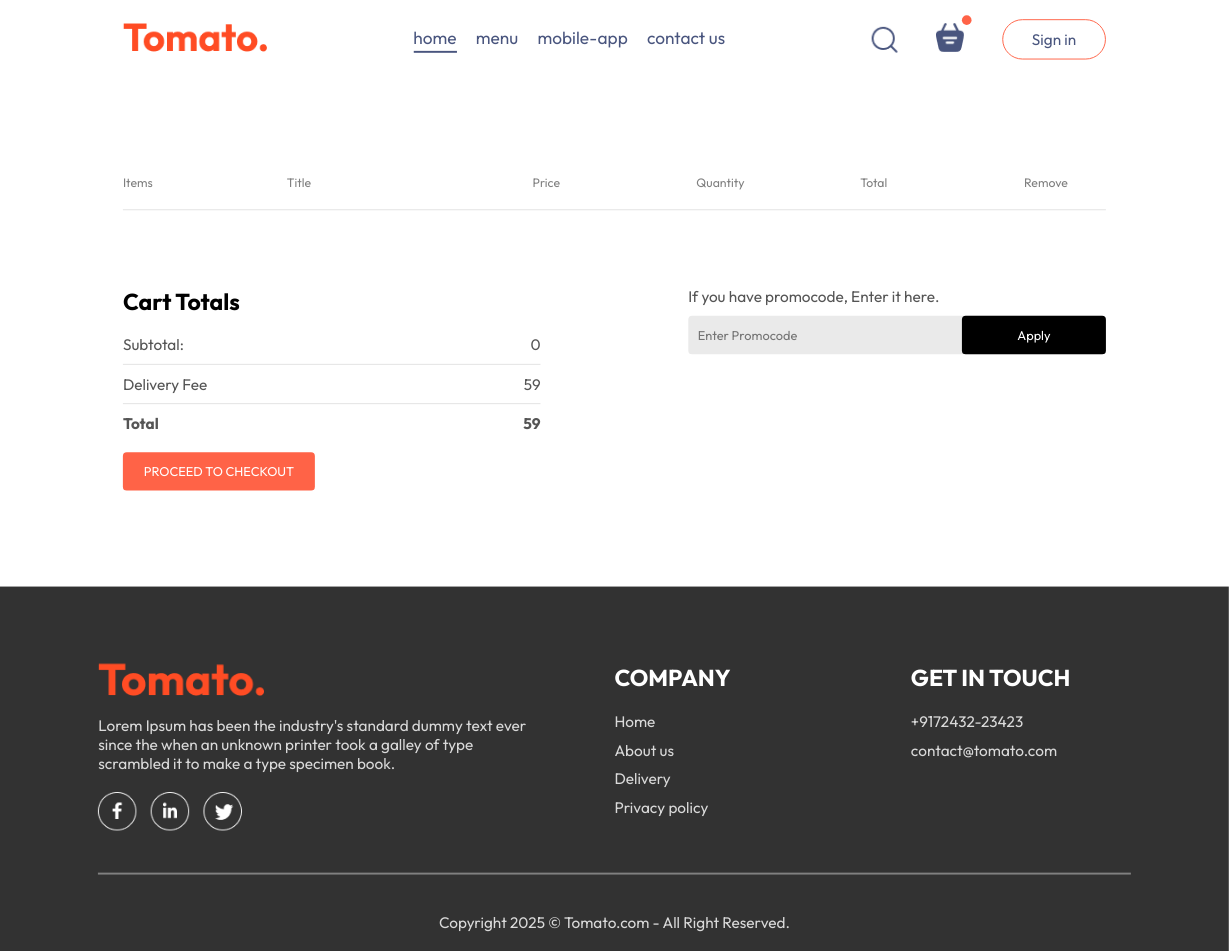
Repository: KartikChouhan03/food-delivery-app
Page: /cart (app in frontend/)
An editor plug-in stored every save of this project. The page is shown before and after the next save, followed by the edit.
The browser window is 1280 px wide. The pictures show the whole page, at 96% of full size.
Some web fonts or font styles are not loaded; a fallback is used. The project was rebuilt for these pictures with package versions that can differ from the ones it lists, and the page was loaded fresh each time. Also part of the build but not shown: frontend/vite.config.js, frontend/src/components/Header/Header.css, frontend/src/components/Header/Header.jsx, frontend/src/components/ExploreMenu/ExploreMenu.css, frontend/src/components/ExploreMenu/ExploreMenu.jsx, frontend/src/components/FoodDisplay/FoodDisplay.css, frontend/src/components/FoodItem/FoodItem.css, frontend/src/components/FoodItem/FoodItem.jsx and 8 more.

Above is the page before, as saved 2025-08-16 12:57:32.

After the next save:
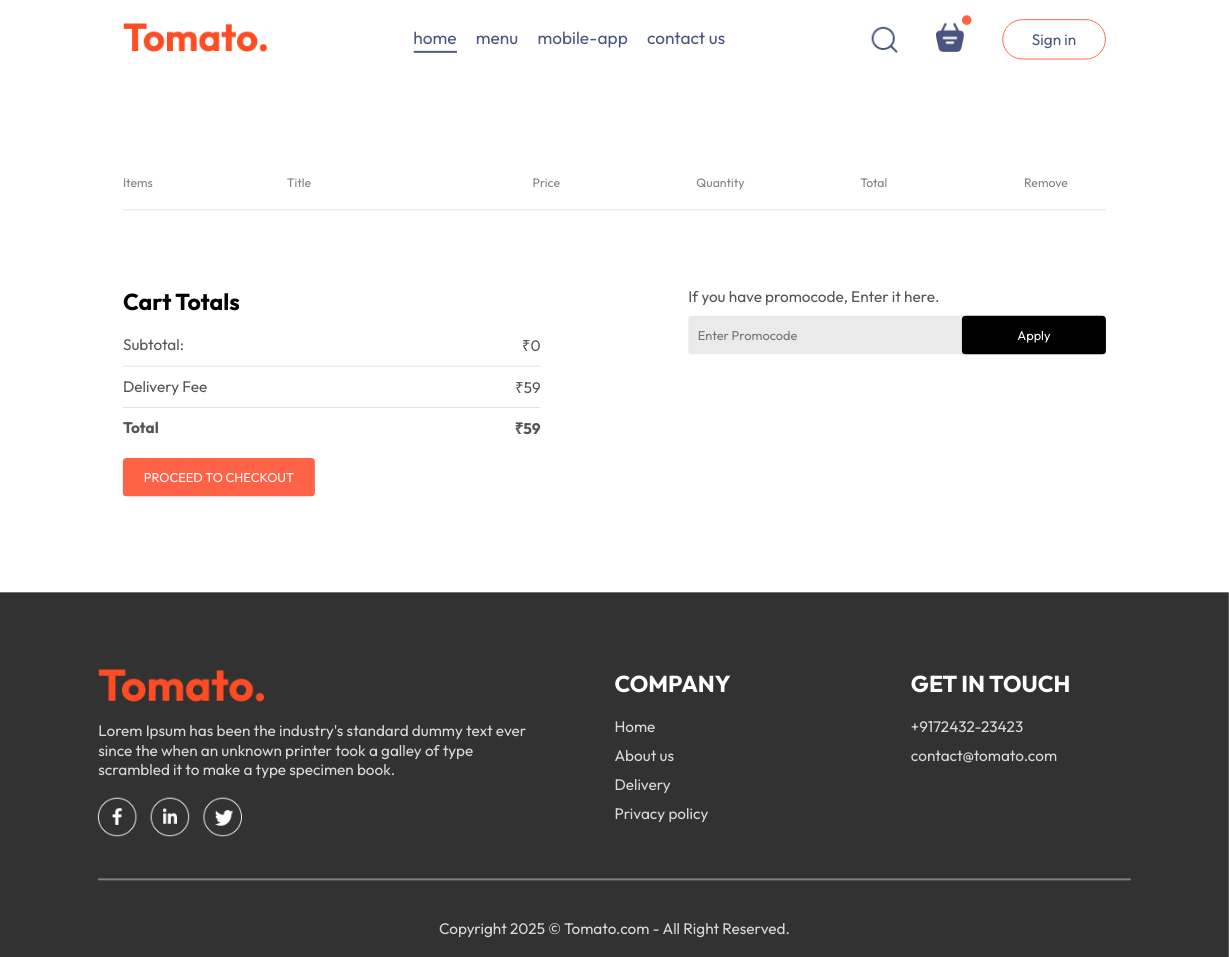
Saved 66 s later.
--- a/frontend/src/pages/Cart/Cart.jsx
+++ b/frontend/src/pages/Cart/Cart.jsx
@@ -44,17 +44,17 @@ const Cart = () => {
           <div>
             <div className="cart-total-details">
               <p>Subtotal:</p>
-              <p>{getTotalCartAmount()}</p>
+              <p>₹{getTotalCartAmount()}</p>
             </div>
             <hr />
             <div className="cart-total-details">
               <p>Delivery Fee</p>
-              <p>{59}</p>
+              <p>₹{59}</p>
             </div>
             <hr />
             <div className="cart-total-details">
               <b>Total</b>
-              <b>{getTotalCartAmount()+59}</b>
+              <b>₹{getTotalCartAmount()+59}</b>
             </div>
           </div>
           <button>PROCEED TO CHECKOUT</button>
